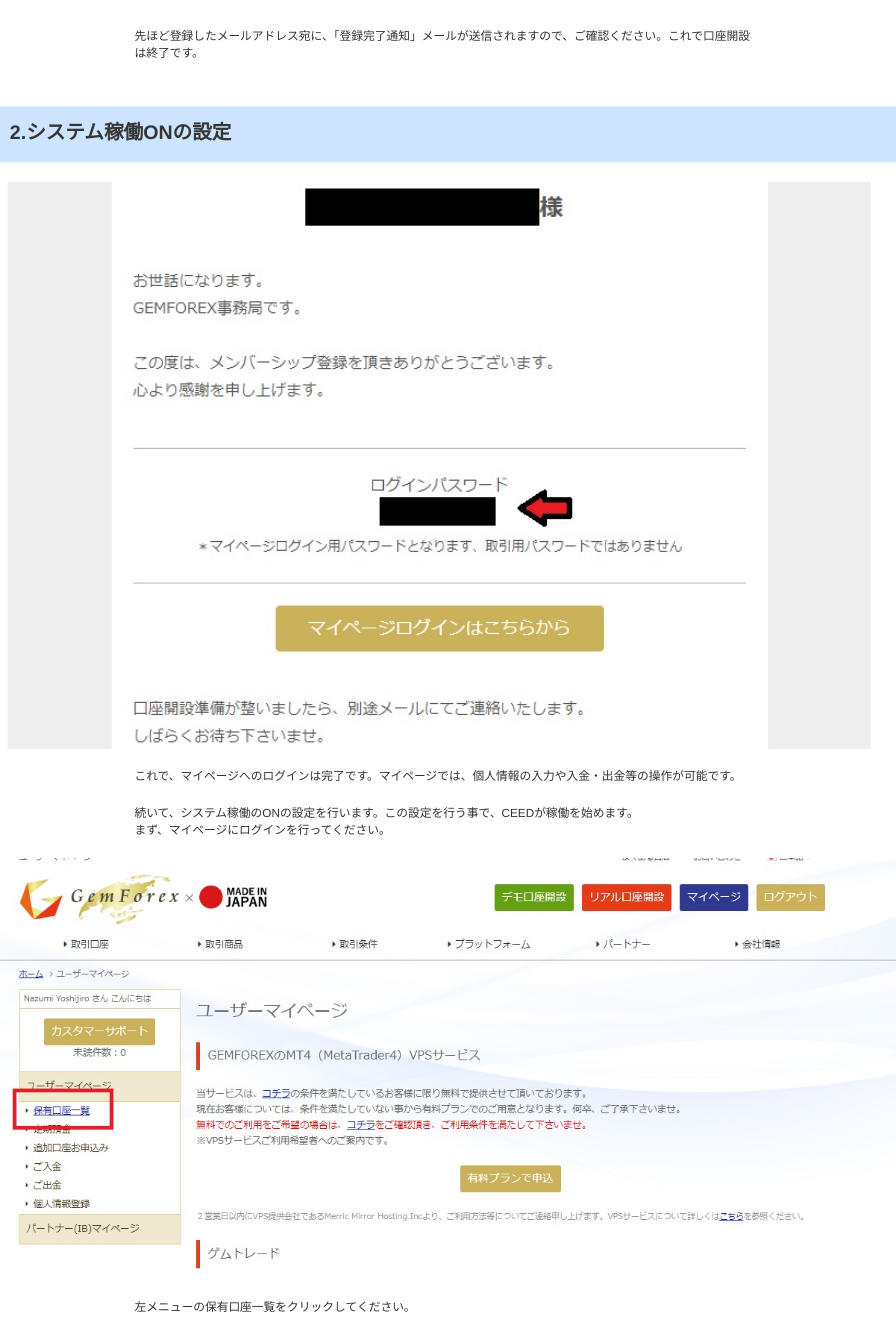
Repository: kkttuu1013/ProjectCeed
Page: http://localhost/start
The author's editor kept a record of every edit. The page is drawn from the files as they stood at one moment, then again after the next edit.
The browser window is 1280 px wide. The pictures show the part of the page from y = 2577 to 4497 px (the page is 11435 px tall before and 11499 px after), at 70% of full size.
Some web libraries are served in a nearby version. The page is served by the project's Node server (server.js).

Above is the page before.
Console error: ReferenceError: jQuery is not defined

### views/start.ejs
<!DOCTYPE html>
<html lang="en">
<head>
    <meta charset="UTF-8">
    <meta name="viewport" content="width=device-width, initial-scale=1">
    <title>Hello Bulma!</title>
    <link href="../main.css" rel="stylesheet" type="text/css"/>
    <link rel="stylesheet" href="../bulma/bulma.css">
    <script defer src="https://use.fontawesome.com/releases/v5.0.7/js/all.js"></script>
    <meta http-equiv="X-UA-Compatible" content="ie=edge">
    <link rel="stylesheet" href="https://maxcdn.bootstrapcdn.com/bootstrap/3.3.6/css/bootstrap.min.css" />
    <title>Document</title>
    <script src="../main.js"></script>
</head>
<body>
    <img src="/image/2.jpg" class="sidepd4">
    <hr class="hr1">
    <div class="wrapper">
        <p class="txt">このページでは、EA「CEED」の導入と運用方法を解説致します。上から順にマニュアルに沿って進めてください。<br>
        <br><strong>※ 入金や出金に関してお困りの際はこちらまでお問い合わせください。</strong></p>

         <a id="link" href="https://line.me/R/ti/p/%40jov0846c"><strong>CEED サポートLINE@はこちら</strong></a>


    </div>
    <div class="wrapper2" >
     <p class="txt1">
    <strong>1.FX証券会社の口座開設</strong><br>
    </p>
    </div>
<!-- /.wrapper -->
<div class="wrapper4">
    <p class="txt">このページでは、EA「CEED」の導入と運用方法を解説致します。上から順にマニュアルに沿って進めてください。
    <br>
    <br>
    下のリンクからGemforex証券の口座開設ページに進んでください。
<strong class="purple"><br>（※下のアクセスリンクはCEED運用専用となりますので、必ず下のリンクからアクセスをお願い致します)</strong>
    </p>
    <a href='https://gforex.asia/vip/77486/'>
    <button type="button" class="btn btn-lg btn-primary mgtop">CEED専用口座開設</button>
    </a>
    </div>
    <div class="wrapper4">
    <p class="txt">
        上の「口座開設ボタン」を押すと、証券会社のHPに移動しますので、画面の案内に従って、
        必要項目を記入してください。
    </p>
    </div>

    <div class="wrapper4">
    <p class="txt">
        <strong>口座タイプ</strong>：日本円口座（オールインワン）<br>
        <br>
        <strong>登録種別</strong>：個人口座<br>
        <br>
        <strong>お名前</strong>：ご自身の名前を記入<br>
        <br>
        <strong>メールアドレス</strong>：フリーメールアドレスで問題ありません。（※すでにGemforexの口座をお持ちの方は、違うメールアドレスにて登録してください）
    </p>
    </div>
    <div class="wrapper5">
    <img class="responsiveImg" src="/images/2.jpg">
    </div>
    <div class="wrapper4">
    <p class="txt">
    必要項目を記入後、下の「私はロボットではありません」にチェックを付けて、送信をしてください。
    </p>
    </div>
    <div class="wrapper5">
    <img class="responsiveImg" src="/images/3.jpg">
    </div>
     <div class="wrapper4">
    <p class="txt">
    先ほど登録したメールアドレス宛に、「登録完了通知」メールが送信されますので、ご確認ください。これで口座開設は終了です。
    </p>
    </div>
    <div class="wrapper2" >
     <p class="txt1">
    <strong>2.システム稼働ONの設定</strong><br>
    </p>
    </div>
    <div class="wrapper5">
    <img class="responsiveImg" src="/images/4.jpg">
    </div>
    <div class="wrapper4">
    <p class="txt">
    これで、マイページへのログインは完了です。マイページでは、個人情報の入力や入金・出金等の操作が可能です。
    </p>
    </div>
    <div class="wrapper4">
    <p class="txt">
    続いて、システム稼働のONの設定を行います。この設定を行う事で、CEEDが稼働を始めます。<br>
    まず、マイページにログインを行ってください。
    </p>
    </div>
    <div class="wrapper5">
    <img class="responsiveImg" src="/images/保有口座一覧.jpg">
    </div>
    <div class="wrapper4">
    <p class="txt">
    左メニューの保有口座一覧をクリックしてください。
    </p>
    </div>
    <div class="wrapper5">
    <img class="responsiveImg" src="/images/MAM申請1.jpg">
    </div>
    <div class="wrapper4">
    <p class="txt">
    さっき、開設した口座情報が掲示されます。（５から始まる口座番号です）下の「MAM口座申請」を押してください。
    </p>
    </div>
    <div class="wrapper5">
    <img class="responsiveImg" src="/images/MAM申請2.jpg">
    <img class="responsiveImg" src="/images/MAM申請3.jpg">
    </div>
     <div class="wrapper4">
    <p class="txt">
    OKを押してください。口座開設に登録したメールアドレスに「確認メール」が届きますので、確認してください。
    </p>
    </div>
    <div class="wrapper5">
    <img class="responsiveImg" src="/images/MAM申請4.jpg">
    </div>
     <div class="wrapper4">
    <p class="txt">
    確認メールに記載されているURLをクリックして有効化をお願いします。
    </p>
    </div>
    <div class="wrapper5">
    <img class="responsiveImg" src="/images/MAM申請5.jpg">
    <img class="responsiveImg" src="/images/MAM申請6.jpg">
    <img class="responsiveImg" src="/images/MAM申請7.jpg">
    </div>
    <div class="wrapper4">
    <p class="txt">
    最後にMAM利用に関して同意の上、設定を完了します。
    </p>
    </div>
    <div class="wrapper5">
    <img class="responsiveImg" src="/images/MAM申請8.jpg">
    </div>
    <div class="wrapper4">
    <p class="txt">
    保有口座一覧の画面に移動しますので、OFF→ONに設定してください。
    </p>
    </div>
    <div class="wrapper5">
    <img class="responsiveImg" src="/images/MAM申請9.jpg">
    </div>
    <div class="wrapper4">
    <p class="txt">
    設定変更をしてもよろしいですかとでますので、OKを押してください。<br><br>
    <strong class="skyblue">これでシステムON設定が完了しました。あとは入金すると、自動で運用が開始します。</strong>
    </p>
    </div>




    <footer id="myFooter">
        <div id="mycontainer" class="container blackDiv">
            <div class="row blackDiv">
                <div id="image_wrapper" class="col-sm-12 col-md-2 blackDiv">
                    <h2 class="logo"><a href="#"><img id="ifcLogo" src="/image/IFC rogo.png"></a></h2>
                </div>
                <div class="col-sm-12 col-md-2 blackDiv footerList" >
                    <h5>製品情報</h5>
                    <ul>
                        <li><a href="https://www.ifc752.com/gallery">有料EA AUZIE</a></li>
                        <li><a href="https://www.ifc752.com/bee">有料EA BEE</a></li>
                        <li><a href="https://www.ifc752.com/blank-2">IFC SYSTEM1</a></li>
                        <li><a href="https://www.ifc752.com/ifcsystem1">IFC SYSTEM2</a></li>
                        <li><a href="https://www.ifc752.com/ifcsystem2">IFC SYSTEM3</a></li>
                        <li><a href="https://www.ifc752.com/ifcsystem4-3">IFC SYSTEM4</a></li>
                    </ul>
                </div>
                <div class="col-sm-12 col-md-2 blackDiv footerList">
                    <h5>サポート</h5>
                    <ul>
                        <li><a href="https://line.me/R/ti/p/%40vbu5369m">IFC EA LINE@</a></li>
                    </ul>
                </div>
                <div class="col-sm-12 col-md-2 blackDiv footerList">
                    <h5>場所</h5>
                    <ul>
                        <li>JAPAN</li>

                    </ul>
                </div>
                <div class="col-sm-12 col-md-2 blackDiv footerList">
                    <h5>企業情報</h5>
                    <ul>
                        <li><a href="https://www.sinseeddeviation.com/">会社概要</a></li>
                        <li><a href="/privacypolicy">プライバシーポリシー</a></li>
                    </ul>
                </div>
                <div id="button_wrapper" class="col-sm-12 col-md-2 blackDiv">
                    <button onclick="location.href='/'" type="button" class="btn btn-default">TOPに戻る</button>
                </div>
            </div>
        </div>
        <div class="footer-copyright">
            <p>© 2019 Copyright IFC GROUP </p>
        </div>
    </footer>


    <script src="https://code.jquery.com/jquery-3.4.1.js"
            integrity="sha256-WpOohJOqMqqyKL9FccASB9O0KwACQJpFTUBLTYOVvVU="
            crossorigin="anonymous"></script>
    <script src="https://ajax.googleapis.com/ajax/libs/jquery/1.12.4/jquery.min.js"></script>
    <script src="https://maxcdn.bootstrapcdn.com/bootstrap/3.3.7/js/bootstrap.min.js"></script>
<script src="main.js"></script>
</body>

</html>

### server.js
const express = require('express');
const app = express();
const cool = require('cool-ascii-faces')
const PORT = process.env.PORT || 3000;

app.set('views', './views');
app.set("view engine", "ejs");
app.use( express.static( __dirname ) );

app.get('/',function(req, res){
    res.render("index");
});

app.get('/whatisea/', function(req, res){
    res.render("whatisea")
})

app.get('/free/', function(req, res){
    res.render("free")
})

app.get('/cool', (req, res)=> res.send(cool()));

app.get('/privacypolicy', function(req, res){
    res.render("privacypolicy")
})

app.get('/stream', function(req, res){
    res.render("stream");
})

app.get('/start', function(req, res){
    res.render("start");
})

app.get('/start/2', function(req,res){
    res.render("money");
})

app.get('/start/3', function(req,res){
    res.render("mt4");
})

app.get('/start/4', function(req,res){
    res.render("back");
})

app.use(function(err, req, res, next){
	res.status(500);
	res.end('my 500 error! : ' + err);
});

app.listen(PORT);

### main.css
body{
    color: black;
    padding: 0;
    margin: 0;
}

.top-padding{
    padding: 5% 15% 5% 15%;
}

.responsiveImg{
    width: 100%;
}

.whitediv{
    background-color: white !important;
}



.right-half {
    position: absolute;
    right: 0px;
    width: 50%;
    height: 40%;
}

.margin-zero{
    margin: 0;
    padding: 0;
}
.img-whitebar{
    margin: 0px;
}
#leftHalf {
    width: 50%;
    position: absolute;
    left: 0px;
    height: 100%;
}

.mgpdzero{
    margin-bottom: 0px;
    padding: 0;
}

#topPos{
    width: 100%;
}

.sidepd{
    padding: 0px  10% 6% 10%;
}

.sidepd2{
    padding: 0% 10% 0% 10%;
}

.sidepd3{
    margin-left: auto;
    margin-right: auto;
    width: 100%;
}

.sidepd4{
    padding: 0% 10% 0% 10%;
}



.addtoppd{
    padding-top: 5%;
}


.navbar
{
    border: 0 !important;
}

.containBtn{
    position: relative;
    text-align: center;
    z-index: 0;
}

#container {
    position:relative;
    display: block;
}

.column{
    padding: 0;
    margin: 0;
}

.skyblue{
    color: #3D9BE9;
}

.wrapper {
    max-width: 70%;
    margin: 0 auto;
    text-align: center;
    background: white;
  }
.wrapper2{
    padding: 1.3em 1em;
    margin: auto;
    margin-top: 5%;
    color: #2c2c2f;
    background: #cde4ff;/*背景色*/
    width: 100%;
    height: 80px;
    text-align: left;
}

.wrapper4 {
    max-width: 70%;
    margin: 0 auto;
    margin-top: 2em;
    text-align: center;
    background: white;
  }

 .wrapper5 {
    margin: 0 auto;
    margin-top: 2em;
    text-align: center;
    background: white;
  }

.next {
  background-color: #4CAF50;
  color: white;
  text-align: center;
  text-decoration: none;
  display: inline-block;
  padding: 8px 16px;
}

.round {
  border-radius: 50%;
}

.mgtop{
    margin-top: 1em;
}


.txt{
    font-size: 1.2em;
    text-align: left;
}

.txt1 {
    display: inline-block;
    text-align: center;
    font-size: 2em;
}

#link{
    text-align: center;
    background: white;

}

.hr1{
    height: 3px;
}





#mycontainer .container{
    height: 50px;
    width: 100px;
}

#img2 {
    width: 50px;
    height: auto;
    position: absolute;
    left: 61.5%;
    top: 20%;
}

#img3 {
    width: 50px;
    height: auto;
    position: absolute;
    left: 1170px;
    top: 15px;
}

#img4 {
    width: 50px;
    height: auto;
    position: absolute;
    left: 100%;
    top: 15px;
}

.fixedTop{
    position: fixed;
    top: 0;
    z-index: 10;
}

#toTop{
    width: 12%;

}

#toTop:focus{
    outline: none;
}

#toEA{
    left: 11%;
    width: 18.5%;
}

#gotoea{
    position: absolute;
    bottom: 29%;
    left: 23.5%;
    text-align: center;
    font-size: 1.5vw;
}

#gotofree{
    position: absolute;
    bottom: 30%;
    left: 60%;
    text-align: center;
    font-size: 1.5vw;
}



#toEA:focus{
    outline: none;
}

#toFree{
    left: 28.5%;
    width: 20%;
}

#toFree:focus{
    outline: none;
}

#gotostream{
    position: absolute;
    bottom: 35%;
    left: 26%;
    font-size: 1.5vw;
}

#gotostream2{
    position: absolute;
    bottom: 15%;
    left: 60%;
    font-size: 1.4vw;
}

#toStream{
    left: 47.8%;
    width: 19.6%;
}

#toStream:focus{
    outline: none;
}

#toLine{
    left: 67.4%;
    width: 11%;
}

#toLine:focus{
    outline: none;
}


#toStart{
    left: 78.3%;
    width: 27.8%;
}

#toStart:focus{
    outline: none;
}

.videocontainer{
    position: relative;
    width: 100%;
    padding-top: 30%;
    padding-left: 10%;
    padding-right: 10%;
    padding-bottom: 10%;
}

.streamframe{
    position: absolute;
    top: 10%;
    right: 25%;
    width: 1000px;
    height: 500px;
}

.signal{
    top: 1.5%;
    left: 64%;
    width: 3%;
}

@media screen and (max-width: 600px) {
    .signal{top: 1%;}
}

div {
    background-color: #F7F7F8;
  }

#mycontainer{
    width: 100%;
}

#myFooter {
    background-color: #3c3d41;
    color: white;
    width: 100%;

}

#myFooter .footer-copyright {
    background-color: #333333;
    padding-top: 3px;
    padding-bottom: 3px;
    text-align: center;
    font-size: 50%;
}

#myFooter .row {
    margin-bottom: 0px;
    width: 100%;
}

#myFooter .navbar-brand {
    margin-top: 45px;
    height: 65px;
}

#myFooter .footer-copyright p {
    margin: 10px;
    color: #ccc;
}

#myFooter ul {
    list-style-type: none;
    padding-left: 0;
    line-height: 1.7;
    text-align: center;
}

#myFooter h5 {
    color: white;
    font-weight: bold;
    margin-top: 30px;
    text-align: center;

}

#myFooter h2 a{
    font-size: 50px;
    text-align: center;
    color: #fff;
}

#myFooter a {
    width: 100%;
    color: #d2d1d1;
    text-decoration: none;
    font-size: 15px;

}

#myFooter li{
    width: 100%;
    color: #d2d1d1;
    text-decoration: none;
    font-size: 15px;
}

#myFooter a:hover,
#myFooter a:focus {
    text-decoration: none;
    color: white;
}

#myFooter .social-networks {
    text-align: center;
    padding-top: 100px;
    padding-bottom: 16px;
}

#myFooter .social-networks a {
    font-size: 10px;
    color: #f9f9f9;
    padding: 10px;
    transition: 0.2s;
}

#myFooter .social-networks a:hover {
    text-decoration: none;
}

#myFooter .facebook:hover {
    color: #0077e2;
}

#myFooter .google:hover {
    color: #ef1a1a;
}

#myFooter .twitter:hover {
    color: #00aced;
}

#myFooter .btn {
    color: #3c3d41;
    background-color: #F7F7F8;
    border-radius: 20px;
    border: none;
    margin: auto;
    margin-top: 100px;
}

#button_wrapper{
    text-align: center;
}

#ifcLogo{
    height: auto;
    width: 200px;
    padding-right: 10px;
    padding-left:  10px;
    padding-top: 25px;
}

.mobile{
    display: none;
}

@media screen and (max-width: 1023px) {
    #myFooter .row {
    margin-bottom: 0px;
}
    #image_wrapper{
        text-align: center;
    }

    #myFooter .btn{
        margin-top: 50px;
        margin-bottom: 50px;
    }

    .desktop{
        display: none;
    }

    .mobile{
        display: block;
        width: 100%;
    }
    #toTop{
        width: 100%;
    }
    #imgMain{
        margin-top: 10%;
    }


}

@media screen and (max-width: 767px) {
    .sidepd{
        padding: 0 0 20% 0;
    }
    .top-padding{
        padding: 5% 0 5% 0;
    }

    #gotoea{
        bottom: 29%;
        left: 18%;
        font-size: 2vw;
    }

    #gotostream{
        position: absolute;
        bottom: 35%;
        left: 21%;
        font-size: 2vw;
    }

     #gotofree{
        position: absolute;
        bottom: 7%;
        left: 40%;
        font-size: 3vw;
    }

    #gotoea{
        position: absolute;
        bottom: 7%;
        left: 40%;
        font-size: 3vw;
    }

    #gotostream{
        position: absolute;
        bottom: 7%;
        left: 40%;
        font-size: 3vw;
    }





}

@media (max-width: 525px){
    .containimg {
        width: auto;
        }
    .insideimg{
        width: 100%;
        height: auto;
    }
}


.blackDiv{
    background-color: #3c3d41;
    font-size: 80%;
}


/* ============== */
/*     footer     */
/* ============== */

### main.js
/* global $ */

jQuery(function(){

    function fadeIn()
{
   $(this).fadeIn( fadeOut );
}

function fadeOut()
{
   $(this).fadeOut( fadeIn );
}

fadeIn.call($(".signal"));

 });



 //向かいたい先の位置を変数positionに入れる。
var topPos = $("#topPos").offset().top;
var eaPos = $("#eaPos").offset().top;
var freePos = $("#freePos").offset().top;
var livePos = $("#livePos").offset().top;
var linePos = $("#linePos").offset().top;
var startPos = $("#startPos").offset().top;　//最初の要素の、ドキュメント上での表示位置[y軸]を返す

var bootstrap_enabled = (typeof $().modal == 'function');


//TO TOP BUTTON
$(document).on("click","#toTop",function(){
   console.log("pressed!");
   $("html,body").animate({
        scrollTop : topPos // さっき変数に入れた位置まで
    }, {
        queue : false,　// どれくらい経過してから、アニメーションを始めるか。キュー[待ち行列]。falseを指定すると、キューに追加されずに即座にアニメーションを実行。
    });
});

$(document).on("click",".btn-default",function(){
    console.log("pressed!");
    $("html,body").animate({
         scrollTop : topPos // さっき変数に入れた位置まで
     }, {
         queue : false,　// どれくらい経過してから、アニメーションを始めるか。キュー[待ち行列]。falseを指定すると、キューに追加されずに即座にアニメーションを実行。
     });
 });

$(document).on("click","#toEA",function(){
    console.log("pressed!");
    $("html,body").animate({
         scrollTop : eaPos // さっき変数に入れた位置まで
     }, {
         queue : false,　// どれくらい経過してから、アニメーションを始めるか。キュー[待ち行列]。falseを指定すると、キューに追加されずに即座にアニメーションを実行。
     });
 });

 $(document).on("click","#toFree",function(){
    console.log("pressed!");
    $("html,body").animate({
         scrollTop : freePos // さっき変数に入れた位置まで
     }, {
         queue : false,　// どれくらい経過してから、アニメーションを始めるか。キュー[待ち行列]。falseを指定すると、キューに追加されずに即座にアニメーションを実行。
     });
 });

 $(document).on("click","#toStream",function(){
    console.log("pressed!");
    $("html,body").animate({
         scrollTop : livePos // さっき変数に入れた位置まで
     }, {
         queue : false,　// どれくらい経過してから、アニメーションを始めるか。キュー[待ち行列]。falseを指定すると、キューに追加されずに即座にアニメーションを実行。
     });
 });

 $(document).on("click","#toLine",function(){
    console.log("pressed!");
    $("html,body").animate({
         scrollTop : linePos // さっき変数に入れた位置まで
     }, {
         queue : false,　// どれくらい経過してから、アニメーションを始めるか。キュー[待ち行列]。falseを指定すると、キューに追加されずに即座にアニメーションを実行。
     });
 });

 $(document).on("click","#toStart",function(){
    console.log("pressed!");
    $("html,body").animate({
         scrollTop : startPos // さっき変数に入れた位置まで
     }, {
         queue : false,　// どれくらい経過してから、アニメーションを始めるか。キュー[待ち行列]。falseを指定すると、キューに追加されずに即座にアニメーションを実行。
     });
 });

Loaded but not shown: bulma/bulma.css (library)

After the next edit:
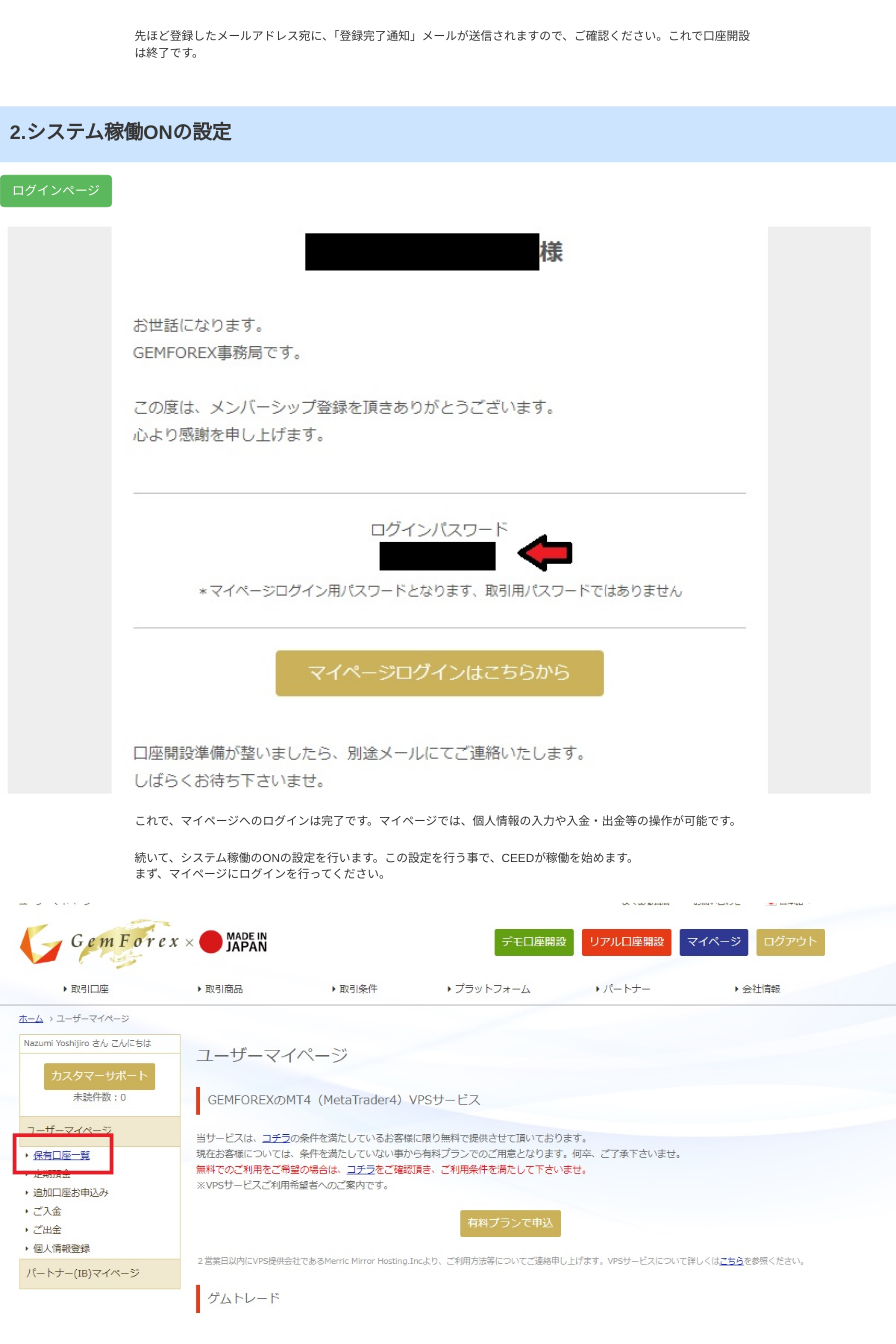
The edit:
--- a/views/start.ejs
+++ b/views/start.ejs
@@ -79,6 +79,9 @@
     <strong>2.システム稼働ONの設定</strong><br>
     </p>
     </div>
+    <a href='https://gforex.asia/login.php'>
+    <button type="button" class="btn btn-lg btn-success mgtop">ログインページ</button>
+    </a>
     <div class="wrapper5">
     <img class="responsiveImg" src="/images/4.jpg">
     </div>
